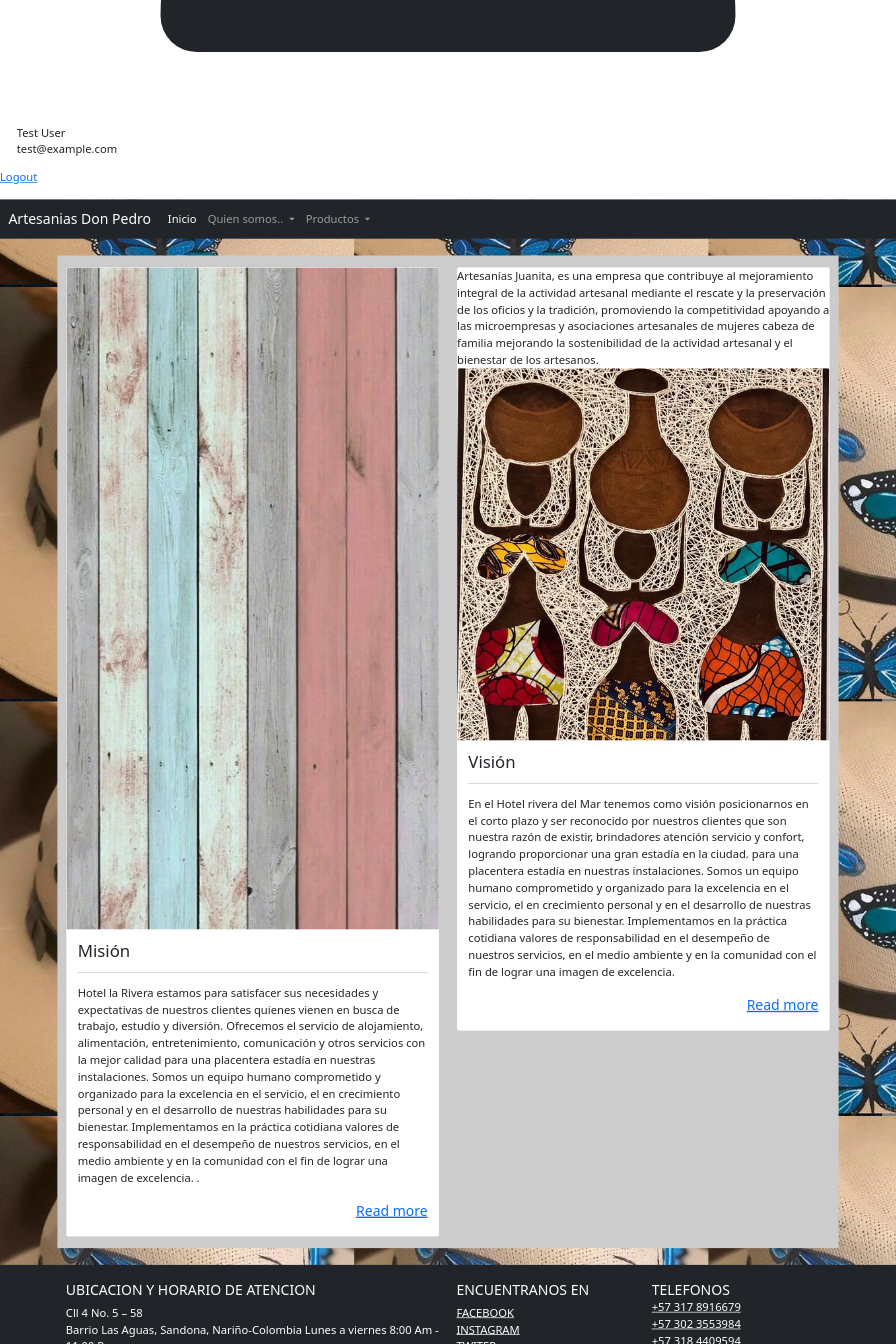
Repository: PG210/taller_artesania
Page: http://localhost/arte/mision
These files come from the project's save history. The page is drawn as it stood at one moment and after the next save; the edit follows.
The browser window is 1280 px wide. The pictures show the part of the page from y = 2550 to 4470 px (the page is 4589 px tall), at 70% of full size.
The page is served by the project's Laravel application, run on PHP 8.4 with Laravel 8. A made-up administrator, Test User (test@example.com), is signed in. Other server files are loaded and not shown.

Above is the page before, as saved 2021-01-14 15:13:16.

### routes/web.php
<?php

use Illuminate\Support\Facades\Route;
use App\Http\Controllers\Productos;

/*
|--------------------------------------------------------------------------
| Web Routes
|--------------------------------------------------------------------------
|
| Here is where you can register web routes for your application. These
| routes are loaded by the RouteServiceProvider within a group which
| contains the "web" middleware group. Now create something great!
|
*/

Route::get('/', function () {
    return view('welcome');
});
//ruta mision vision
Route::get('arte/vision', function () {
    return view('arte.vision');
});
//histortia
Route::get('arte/historia', function () {
    return view('arte.historia');
});
Route::get('arte/mision', function () {
    return view('arte.mision');
});

//ubicacion
Route::get('arte/ubicacion', function () {
    return view('arte.ubicacion');
});
//productos
Route::get('/productos', [Productos::class, 'index']);

Route::get('/dashboard', function () {
    return view('dashboard');
})->middleware(['auth'])->name('dashboard');

require __DIR__.'/auth.php';

### resources/views/arte/mision.blade.php

<body  style="background-color:#ccc" background="../img/6.jpg" style="background-repeat: no-repeat;   background-size: cover;">

    @extends('layouts.app')
@section('content')




<div class="container">

<div class="row">

    <!--tarjeta 1 mision hotel-->
  <div class="col-lg-6"  style="background-color:#ccc">

    <p><!-- Card Dark -->
        <div class="card">

          <!-- Card image -->
          <div class="view overlay">
            <img class="card-img-top" src="../img/3.jpg"
              alt="Card image cap">
            <a>
              <div class="mask rgba-white-slight"></div>
            </a>
          </div>

          <!-- Card content -->
          <div class="card-body elegant-color white-text rounded-bottom">

            <!-- Social shares button -->
            <a class="activator waves-effect mr-4"><i class="fas fa-share-alt white-text"></i></a>
            <!-- Title -->
            <h4 class="card-title">Misión</h4>
            <hr class="hr-light">
            <!-- Text -->
            <p class="card-text white-text mb-4">


                Hotel la Rivera estamos para satisfacer sus necesidades  y expectativas de nuestros clientes quienes vienen en busca de trabajo, estudio y diversión. Ofrecemos el servicio de alojamiento, alimentación, entretenimiento, comunicación y otros servicios con la mejor calidad para una placentera estadía en nuestras instalaciones.
                Somos un equipo humano comprometido y organizado para la excelencia en el servicio, el en crecimiento personal y en el desarrollo de nuestras habilidades para su bienestar.
                 Implementamos  en la práctica cotidiana valores de responsabilidad en el desempeño de nuestros  servicios, en el medio ambiente y en la comunidad con el fin de lograr una imagen de excelencia.
                 .</p>
            <!-- Link -->
            <a href="#!" class="white-text d-flex justify-content-end">
              <h5>Read more <i class="fas fa-angle-double-right"></i></h5>
            </a>

          </div>

        </div>
        <!-- Card Dark --></p>
  </div>



  <!--tarjeta dos vision-->
  <div class="col-lg-6"  style="background-color:#ccc">

    <p><!-- Card Dark -->
        <div class="card">

          <!-- Card image -->
          <div class="view overlay">
          Artesanías Juanita, es una empresa que contribuye al mejoramiento integral de la actividad artesanal mediante el rescate y la preservación de los oficios y la tradición, promoviendo la competitividad apoyando a las microempresas y asociaciones artesanales de mujeres cabeza de familia mejorando la sostenibilidad de la actividad artesanal y el bienestar de los artesanos.
            <img class="card-img-top" src="../img/4.jpg"
              alt="Card image cap">
            <a>
              <div class="mask rgba-white-slight"></div>
            </a>
          </div>

          <!-- Card content -->
          <div class="card-body elegant-color white-text rounded-bottom">

            <!-- Social shares button -->
            <a class="activator waves-effect mr-4"><i class="fas fa-share-alt white-text"></i></a>
            <!-- Title -->
            <h4 class="card-title">Visión</h4>
            <hr class="hr-light">
            <!-- Text -->
            <p class="card-text white-text mb-4">
                En el Hotel rivera del Mar tenemos como visión posicionarnos en el corto plazo  y ser reconocido por nuestros clientes que son nuestra razón de existir, brindadores atención servicio y confort, logrando proporcionar una gran estadía en la ciudad.
                para una placentera estadía en nuestras instalaciones.
                Somos un equipo humano comprometido y organizado para la excelencia en el servicio, el en crecimiento personal y en el desarrollo de nuestras habilidades para su bienestar.
                Implementamos  en la práctica cotidiana valores de responsabilidad en el desempeño de nuestros  servicios, en el medio ambiente y en la comunidad con el fin de lograr una imagen de excelencia.
                 </p>
            <!-- Link -->
            <a href="#!" class="white-text d-flex justify-content-end">
              <h5>Read more <i class="fas fa-angle-double-right"></i></h5>
            </a>

          </div>

        </div>
        <!-- Card Dark --></p>
  </div>
</div>
</div>




</div>
@stop

</body>

### resources/views/layouts/app.blade.php
<!DOCTYPE html>
<html lang="{{ str_replace('_', '-', app()->getLocale()) }}">
    <head>
        <meta charset="utf-8">
        <meta name="viewport" content="width=device-width, initial-scale=1">
        <meta name="csrf-token" content="{{ csrf_token() }}">

        <title>{{ config('app.name', 'Laravel') }}</title>

        <!-- Fonts -->
        <link rel="stylesheet" href="https://fonts.googleapis.com/css2?family=Nunito:wght@400;600;700&display=swap">
        <link href="{{ url('/assets/bootstrap/css/bootstrap.min.css') }}" rel="stylesheet">
        <!-- Styles -->
        <link rel="stylesheet" href="{{ asset('css/app.css') }}">

        <!-- Scripts -->
        <script src="{{ asset('js/app.js') }}" defer></script>


    </head>

    <body class="font-sans antialiased">
        <div class="min-h-screen bg-gray-100">
            @include('layouts.navigation')

            <nav class="navbar navbar-expand-lg navbar navbar-dark bg-dark">
  <div class="container-fluid">
    <a class="navbar-brand" href="#">Artesanias Don Pedro</a>
    <button class="navbar-toggler" type="button" data-bs-toggle="collapse" data-bs-target="#navbarNavDropdown" aria-controls="navbarNavDropdown" aria-expanded="false" aria-label="Toggle navigation">
      <span class="navbar-toggler-icon"></span>
    </button>
    <div class="collapse navbar-collapse" id="navbarNavDropdown">
      <ul class="navbar-nav">
        <li class="nav-item">
          <a class="nav-link active" aria-current="page" href="#">Inicio</a>
        </li>


        <li class="nav-item dropdown">
          <a class="nav-link dropdown-toggle" href="#" id="navbarDropdownMenuLink" role="button" data-bs-toggle="dropdown" aria-expanded="false">
            Quien somos..
          </a>
          <ul class="dropdown-menu" aria-labelledby="navbarDropdownMenuLink">
            <li><a class="dropdown-item" href="{{url('/arte/mision')}}">Mision</a></li>
            <li><a class="dropdown-item" href="{{url('/arte/vision')}}">Vision</a></li>
            <li><a class="dropdown-item" href="{{url('/arte/ubicacion')}}">Ubicacion</a></li>
            <li><a class="dropdown-item" href="{{url('/arte/historia')}}">Historia</a></li>
          </ul>
        </li>

        <li class="nav-item dropdown">
          <a class="nav-link dropdown-toggle" href="#" id="navbarDropdownMenuLink" role="button" data-bs-toggle="dropdown" aria-expanded="false">
            Productos
          </a>
          <ul class="dropdown-menu" aria-labelledby="navbarDropdownMenuLink">
            <li><a class="dropdown-item" href="{{url('/productos')}}">Sombreros</a></li>
            <li><a class="dropdown-item" href="#">Mochilas</a></li>
            <li><a class="dropdown-item" href="#">Tejidos</a></li>
            <li><a class="dropdown-item" href="#">Visuterias</a></li>
            <li><a class="dropdown-item" href="#">Ofertas</a></li>
          </ul>
        </li>
      </ul>
    </div>
  </div>
</nav>
<br>
            <!-- Page Heading -->
            <div class="container">
           @yield('content')
           </div>
        </div>
<!--footer-->
<br>
        <footer class="bg-dark text-white text-center text-lg-start">
  <!-- Grid container -->
  <div class="container p-4">
    <!--Grid row-->
    <div class="row">
      <!--Grid column-->
      <div class="col-lg-6 col-md-12 mb-4 mb-md-0">
        <h5 class="text-uppercase">Ubicacion y Horario de Atencion</h5>

        <p>
        <bFooterr>
        Cll 4 No. 5 – 58<br>
        Barrio Las Aguas, Sandona, Nariño-Colombia
        Lunes a viernes 8:00 Am - 11:00 Pm
        </p>
      </div>
      <!--Grid column-->

      <!--Grid column-->
      <div class="col-lg-3 col-md-6 mb-4 mb-md-0">
        <h5 class="text-uppercase">Encuentranos en</h5>

        <ul class="list-unstyled mb-0">
          <li>
            <a href="#!" class="text-white">FACEBOOK</a>
          </li>
          <li>
            <a href="#!" class="text-white">INSTAGRAM</a>
          </li>
          <li>
            <a href="#!" class="text-white">TWITER</a>
          </li>
          <li>
            <a href="#!" class="text-white">PINTEREST</a>
          </li>
        </ul>
      </div>
      <!--Grid column-->

      <!--Grid column-->
      <div class="col-lg-3 col-md-6 mb-4 mb-md-0">
        <h5 class="text-uppercase mb-0">TELEFONOS</h5>

        <ul class="list-unstyled">
          <li>
            <a href="#!" class="text-white">+57 317 8916679</a>
          </li>
          <li>
            <a href="#!" class="text-white">+57 302 3553984</a>
          </li>
          <li>
            <a href="#!" class="text-white">+57 318 4409594</a>
          </li>

        </ul>
      </div>
      <!--Grid column-->
    </div>
    <!--Grid row-->
  </div>
  <!-- Grid container -->

  <!-- Copyright -->
  <div class="text-center p-3" style="background-color: rgba(0, 0, 0, 0.2)">
    © 2020 Copyright:
    <a class="text-white" href="https://mdbootstrap.com/">MDBootstrap.com</a>
  </div>
  <!-- Copyright -->
</footer>
<!--end footer-->



        <script src="https://code.jquery.com/jquery-3.5.1.slim.min.js" integrity="sha384-DfXdz2htPH0lsSSs5nCTpuj/zy4C+OGpamoFVy38MVBnE+IbbVYUew+OrCXaRkfj" crossorigin="anonymous"></script>
        <script src="https://cdn.jsdelivr.net/npm/popper.js@1.16.1/dist/umd/popper.min.js" integrity="sha384-9/reFTGAW83EW2RDu2S0VKaIzap3H66lZH81PoYlFhbGU+6BZp6G7niu735Sk7lN" crossorigin="anonymous"></script>
       <script type="text/javascript" src="{{ url('/assets/bootstrap/js/bootstrap.min.js') }}"></script>
    </body>
</html>

### resources/views/layouts/navigation.blade.php
<nav x-data="{ open: false }" class="bg-white border-b border-gray-100">
    <!-- Primary Navigation Menu -->
    <!--aqui cambiar-->
    <div class=" navbar-dark bg-indigo">
        <div class="flex justify-between h-16">
            <div class="flex">
                <!-- Logo -->
                <div class="flex-shrink-0 flex items-center">
                    <a href="{{ route('dashboard') }}">
                        <x-application-logo class="block h-10 w-auto fill-current text-gray-600" />
                    </a>
                </div>

                <!-- Navigation Links -->
                <div class="hidden space-x-8 sm:-my-px sm:ml-10 sm:flex">
                    <x-nav-link :href="route('dashboard')" :active="request()->routeIs('dashboard')">
                        {{ __('Bienvenidos! Tienda Virtual') }}
                    </x-nav-link>
                </div>
            </div>

            <!-- Settings Dropdown -->
            <div class="hidden sm:flex sm:items-center sm:ml-6">
                <x-dropdown align="right" width="48">
                    <x-slot name="trigger">
                        <button class="flex items-center text-sm font-medium text-gray-500 hover:text-gray-700 hover:border-gray-300 focus:outline-none focus:text-gray-700 focus:border-gray-300 transition duration-150 ease-in-out">
                            <div>{{ Auth::user()->name }}</div>

                            <div class="ml-1">
                                <svg class="fill-current h-4 w-4" xmlns="http://www.w3.org/2000/svg" viewBox="0 0 20 20">
                                    <path fill-rule="evenodd" d="M5.293 7.293a1 1 0 011.414 0L10 10.586l3.293-3.293a1 1 0 111.414 1.414l-4 4a1 1 0 01-1.414 0l-4-4a1 1 0 010-1.414z" clip-rule="evenodd" />
                                </svg>
                            </div>
                        </button>
                    </x-slot>

                    <x-slot name="content">
                        <!-- Authentication -->
                        <form method="POST" action="{{ route('logout') }}">
                            @csrf

                            <x-dropdown-link :href="route('logout')"
                                    onclick="event.preventDefault();
                                                this.closest('form').submit();">
                                {{ __('Logout') }}
                            </x-dropdown-link>
                        </form>
                    </x-slot>
                </x-dropdown>
            </div>

            <!-- Hamburger -->
            <div class="-mr-2 flex items-center sm:hidden">
                <button @click="open = ! open" class="inline-flex items-center justify-center p-2 rounded-md text-gray-400 hover:text-gray-500 hover:bg-gray-100 focus:outline-none focus:bg-gray-100 focus:text-gray-500 transition duration-150 ease-in-out">
                    <svg class="h-6 w-6" stroke="currentColor" fill="none" viewBox="0 0 24 24">
                        <path :class="{'hidden': open, 'inline-flex': ! open }" class="inline-flex" stroke-linecap="round" stroke-linejoin="round" stroke-width="2" d="M4 6h16M4 12h16M4 18h16" />
                        <path :class="{'hidden': ! open, 'inline-flex': open }" class="hidden" stroke-linecap="round" stroke-linejoin="round" stroke-width="2" d="M6 18L18 6M6 6l12 12" />
                    </svg>
                </button>
            </div>
        </div>
    </div>

    <!-- Responsive Navigation Menu -->
    <div :class="{'block': open, 'hidden': ! open}" class="hidden sm:hidden">
        <div class="pt-2 pb-3 space-y-1">
            <x-responsive-nav-link :href="route('dashboard')" :active="request()->routeIs('dashboard')">
                {{ __('Dashboard') }}
            </x-responsive-nav-link>
        </div>

        <!-- Responsive Settings Options -->
        <div class="pt-4 pb-1 border-t border-gray-200">
            <div class="flex items-center px-4">
                <div class="flex-shrink-0">
                    <svg class="h-10 w-10 fill-current text-gray-400" xmlns="http://www.w3.org/2000/svg" fill="none" viewBox="0 0 24 24" stroke="currentColor">
                        <path stroke-linecap="round" stroke-linejoin="round" stroke-width="2" d="M16 7a4 4 0 11-8 0 4 4 0 018 0zM12 14a7 7 0 00-7 7h14a7 7 0 00-7-7z" />
                    </svg>
                </div>

                <div class="ml-3">
                    <div class="font-medium text-base text-gray-800">{{ Auth::user()->name }}</div>
                    <div class="font-medium text-sm text-gray-500">{{ Auth::user()->email }}</div>
                </div>
            </div>

            <div class="mt-3 space-y-1">
                <!-- Authentication -->
                <form method="POST" action="{{ route('logout') }}">
                    @csrf

                    <x-responsive-nav-link :href="route('logout')"
                            onclick="event.preventDefault();
                                        this.closest('form').submit();">
                        {{ __('Logout') }}
                    </x-responsive-nav-link>
                </form>
            </div>
        </div>
    </div>
</nav>

Loaded but not shown: routes/auth.php (common file); app/Models/User.php (common file); resources/views/components/application-logo.blade.php (common file); resources/views/components/nav-link.blade.php (common file); resources/views/components/dropdown-link.blade.php (common file); resources/views/components/dropdown.blade.php (common file); resources/views/components/responsive-nav-link.blade.php (common file); public/assets/bootstrap/css/bootstrap.min.css (library); public/assets/bootstrap/js/bootstrap.min.js (library); public/js/app.js (library)

After the next save:
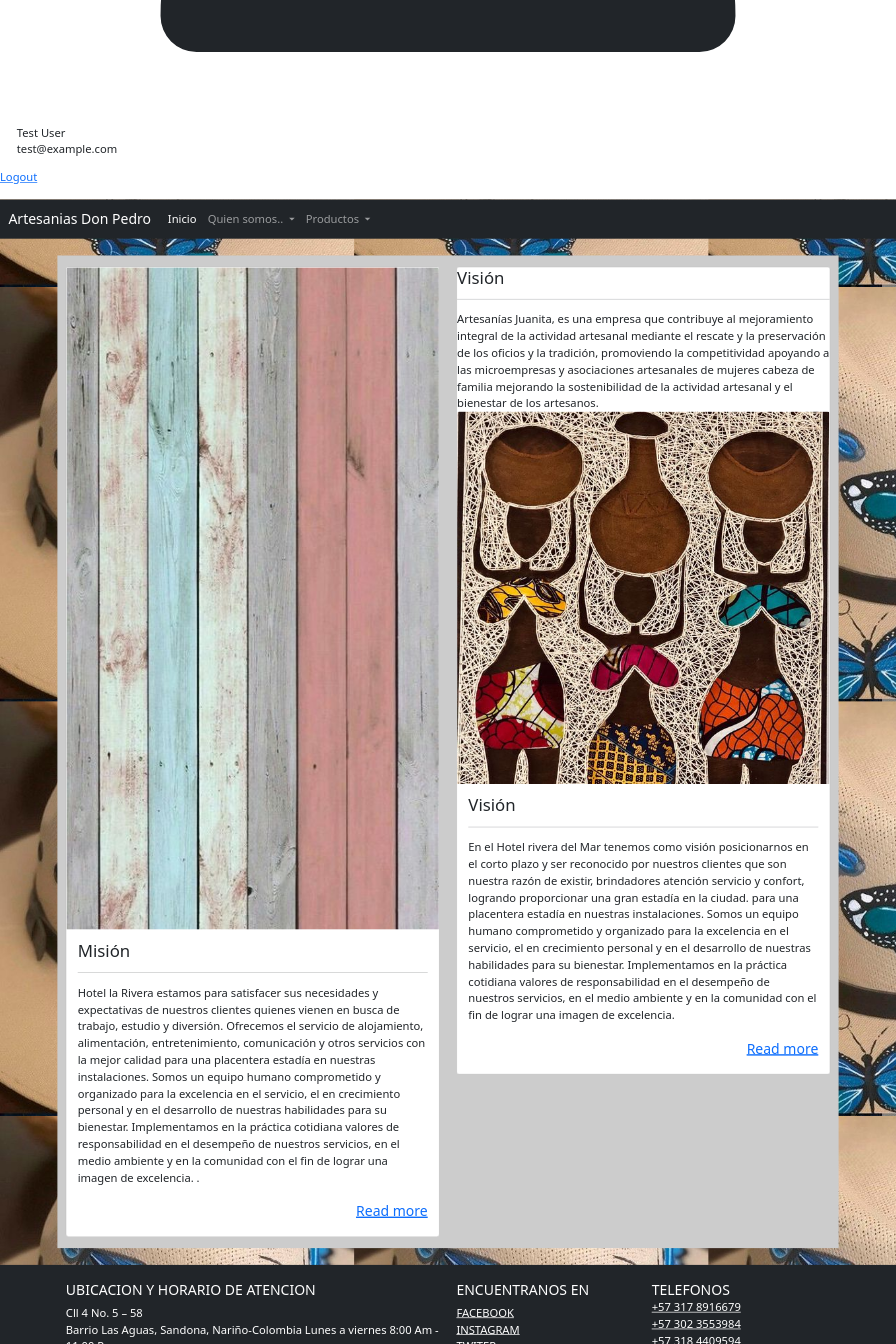
Saved 69 s later.
--- a/resources/views/arte/mision.blade.php
+++ b/resources/views/arte/mision.blade.php
@@ -63,6 +63,8 @@
 
           <!-- Card image -->
           <div class="view overlay">
+           <h4 class="card-title">Visión</h4>
+            <hr class="hr-light">
           Artesanías Juanita, es una empresa que contribuye al mejoramiento integral de la actividad artesanal mediante el rescate y la preservación de los oficios y la tradición, promoviendo la competitividad apoyando a las microempresas y asociaciones artesanales de mujeres cabeza de familia mejorando la sostenibilidad de la actividad artesanal y el bienestar de los artesanos.
             <img class="card-img-top" src="../img/4.jpg"
               alt="Card image cap">
